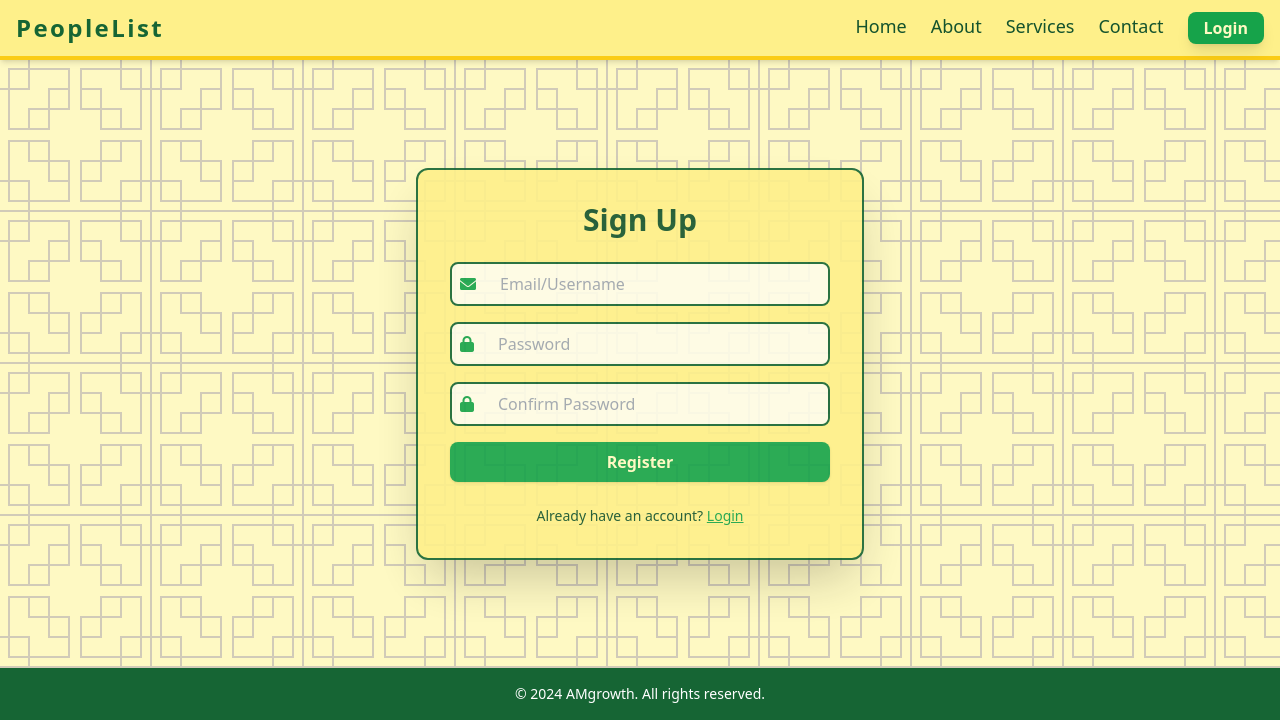
Repository: ArievfRahman-Dev/Mini-Project-II
Page: /regist (app in miniproject2/)
The author's editor kept a copy of each file at every save. The page is drawn from the files as they stood at one save, then again after the next save.
The browser window is 1280 px wide. The pictures show the whole page.
The project was rebuilt for these pictures with package versions that can differ from the ones it lists, and the page was loaded fresh each time. Also part of the build but not shown: miniproject2/vite.config.js, miniproject2/src/pages/HomePage/index.jsx, miniproject2/src/pages/DetailUser/index.jsx, miniproject2/src/pages/LoginPage/index.jsx, miniproject2/src/routes/ProtectedRoute.jsx.

Above is the page before, as saved 2024-12-24 09:49:24.

### miniproject2/index.html
<!DOCTYPE html>
<html lang="en">
  <head>
    <meta charset="UTF-8" />
    <link rel="icon" type="image/svg+xml" href="/vite.svg" />
    <meta name="viewport" content="width=device-width, initial-scale=1.0" />
    <title>Vite + React</title>
    <link
      href="https://cdnjs.cloudflare.com/ajax/libs/font-awesome/6.0.0-beta3/css/all.min.css"
      rel="stylesheet"
    />

    <link
      href="https://fonts.googleapis.com/css2?family=Roboto:wght@400;500;700&display=swap"
      rel="stylesheet"
    />
    <link
      href="https://cdn.jsdelivr.net/npm/remixicon/fonts/remixicon.css"
      rel="stylesheet"
    />
  </head>
  <body>
    <div id="root"></div>
    <script type="module" src="/src/main.jsx"></script>
  </body>
</html>

### miniproject2/src/App.jsx
import { BrowserRouter, Routes, Route } from "react-router-dom";
import { HomePage } from "./pages/HomePage";
import { DetailUser } from "./pages/DetailUser";
import { LoginPage } from "./pages/LoginPage";
import { RegisterPage } from "./pages/RegisterPages";
import { ProtectedRoute } from "./routes/ProtectedRoute";

export const App = () => {
  return (
    <div>
      <BrowserRouter>
        <Routes>
          <Route path="/" element={<HomePage />} />
          <Route
            path="/detail/:id"
            element={
              <ProtectedRoute>
                <DetailUser />
              </ProtectedRoute>
            }
          />
          <Route path="/login" element={<LoginPage />} />
          <Route path="/regist" element={<RegisterPage />} />
        </Routes>
      </BrowserRouter>
    </div>
  );
};

### miniproject2/src/pages/RegisterPages/index.jsx
import axios from "axios";
import { useState } from "react";
import { useNavigate } from "react-router-dom";
import { Navbar } from "../../components/Navbar";
import { Footer } from "../../components/Footer";
import { Link } from "react-router-dom";

export const RegisterPage = () => {
  const [form, setForm] = useState({
    email: "",
    password: "",
  });
  const [error, setError] = useState("");
  const [success, setSuccess] = useState("");
  const [loading, setLoading] = useState(false);

  const navigate = useNavigate();

  const handleChange = (e) => {
    setForm({
      ...form,
      [e.target.name]: e.target.value,
    });
  };

  const handleRegister = async (e) => {
    e.preventDefault();
    setLoading(true);
    try {
      const res = await axios.post("https://reqres.in/api/register", form);
      setError("");
      setSuccess("Registration successful.");
      setTimeout(() => {
        navigate("/login");
      }, 2000);
      console.log(res);
    } catch (error) {
      console.log(error.response);
      setError(error.response.data.error);
    } finally {
      setLoading(false);
    }
  };

  return (
    <div className="flex flex-col min-h-screen bg-yellow-100">
      <Navbar />
      <div className="flex items-center justify-center flex-1 p-4 bg-[url('data:[embedded picture, 899 characters]')] ">
        <div className="w-full max-w-md p-8 bg-yellow-200 border-2 border-green-800 shadow-2xl opacity-90 rounded-xl">
          <h1 className="mb-6 text-3xl font-bold text-center text-green-900 retro-font">
            Sign Up
          </h1>
          <form>
            <div className="mb-4 flex items-center bg-yellow-50 border-2 border-green-800 rounded-lg focus-within:ring-2 focus-within:ring-yellow-400">
              <i className="fas fa-envelope text-green-600 p-2"></i>
              <input
                placeholder="Email/Username"
                type="email"
                name="email"
                onChange={handleChange}
                className="w-full px-4 py-2 text-green-900 bg-yellow-50 rounded-lg focus:outline-none"
              />
            </div>
            <div className="mb-4 flex items-center bg-yellow-50 border-2 border-green-800 rounded-lg focus-within:ring-2 focus-within:ring-yellow-400">
              <i className="fas fa-lock text-green-600 p-2"></i>
              <input
                placeholder="Password"
                type="password"
                name="password"
                onChange={handleChange}
                className="w-full px-4 py-2 text-green-900 bg-yellow-50 rounded-lg focus:outline-none"
              />
            </div>
            <div className="mb-4 flex items-center bg-yellow-50 border-2 border-green-800 rounded-lg focus-within:ring-2 focus-within:ring-yellow-400">
              <i className="fas fa-lock text-green-600 p-2"></i>
              <input
                placeholder="Confirm Password"
                type="password"
                name="confirmPassword"
                onChange={handleChange}
                className="w-full px-4 py-2 text-green-900 bg-yellow-50 rounded-lg focus:outline-none"
              />
            </div>
            {error && <p className="mb-4 text-sm text-red-500">{error}</p>}
            {success && (
              <p className="mb-4 text-sm text-green-500">{success}</p>
            )}
            <button
              disabled={loading}
              onClick={handleRegister}
              className={`w-full px-4 py-2 font-semibold text-yellow-100 rounded-lg shadow retro-font ${
                loading
                  ? "bg-yellow-400 cursor-not-allowed"
                  : "bg-green-600 hover:bg-green-800"
              } focus:outline-none focus:ring-2 focus:ring-green-400 focus:ring-offset-1`}
              type="submit"
            >
              {loading ? "Loading..." : "Register"}
            </button>
          </form>
          <p className="mt-6 text-sm text-center text-green-900">
            Already have an account?{" "}
            <Link
              to={`/login`}
              className="text-green-600 underline hover:text-green-800 retro-font"
            >
              Login
            </Link>
          </p>
        </div>
      </div>
      <Footer />
    </div>
  );
};

### miniproject2/src/components/Navbar/index.jsx
import { Link, useNavigate } from "react-router-dom";
import { useState } from "react";

export const Navbar = () => {
  const navigate = useNavigate();
  const token = localStorage.getItem("access_token");
  const [isMenuOpen, setIsMenuOpen] = useState(false);
  const [activeLink, setActiveLink] = useState("");

  const handleLogout = () => {
    localStorage.clear();
    setTimeout(() => {
      navigate("/login");
    }, 1000);
  };

  const toggleMenu = () => {
    setIsMenuOpen((prevState) => !prevState);
  };

  const closeMenu = () => {
    setIsMenuOpen(false);
  };

  const handleLinkClick = (sectionId) => {
    setActiveLink(sectionId);
    closeMenu();
  };

  return (
    <nav className="sticky top-0 z-50 bg-yellow-200 border-b-4 border-yellow-400 shadow-md">
      <div className="container mx-auto px-4 py-3 flex justify-between items-center">
        <Link
          to="/"
          className="text-2xl font-bold text-green-800 retro-font tracking-widest"
        >
          PeopleList
        </Link>

        <div className="hidden md:flex space-x-6">
          <Link
            to="/"
            className={`text-green-900 hover:text-yellow-700 font-medium text-lg ${
              activeLink === "home" ? "text-yellow-700" : ""
            }`}
            onClick={() => handleLinkClick("home")}
          >
            Home
          </Link>
          <Link
            to="/"
            className={`text-green-900 hover:text-yellow-700 font-medium text-lg ${
              activeLink === "about" ? "text-yellow-700" : ""
            }`}
            onClick={() => handleLinkClick("about")}
          >
            About
          </Link>
          <Link
            to="/"
            className={`text-green-900 hover:text-yellow-700 font-medium text-lg ${
              activeLink === "services" ? "text-yellow-700" : ""
            }`}
            onClick={() => handleLinkClick("services")}
          >
            Services
          </Link>
          <Link
            to="/"
            className={`text-green-900 hover:text-yellow-700 font-medium text-lg ${
              activeLink === "contact" ? "text-yellow-700" : ""
            }`}
            onClick={() => handleLinkClick("contact")}
          >
            Contact
          </Link>
          {token ? (
            <button
              className="px-4 py-1 font-semibold text-yellow-100 transition-colors bg-gray-500 rounded-lg hover:bg-gray-600 retro-font shadow-lg"
              onClick={handleLogout}
            >
              Logout
            </button>
          ) : (
            <Link
              to="/login"
              className="px-4 py-1 font-semibold text-yellow-100 transition-colors bg-green-600 rounded-lg hover:bg-green-800 retro-font shadow-lg"
            >
              Login
            </Link>
          )}
        </div>
        <div className="md:hidden" onClick={toggleMenu}>
          <i className={isMenuOpen ? "ri-close-line" : "ri-menu-line"}></i>
        </div>
      </div>
      {isMenuOpen && (
        <div className="md:hidden flex flex-row justify-between mx-4 items-center py-3 bg-yellow-200">
          <Link
            to="/"
            className={`text-green-900 hover:text-yellow-700 font-medium text-lg py-2 ${
              activeLink === "home" ? "text-yellow-700" : ""
            }`}
            onClick={() => handleLinkClick("home")}
          >
            Home
          </Link>
          <Link
            to="/"
            className={`text-green-900 hover:text-yellow-700 font-medium text-lg py-2 ${
              activeLink === "about" ? "text-yellow-700" : ""
            }`}
            onClick={() => handleLinkClick("about")}
          >
            About
          </Link>
          <Link
            to="/"
            className={`text-green-900 hover:text-yellow-700 font-medium text-lg py-2 ${
              activeLink === "services" ? "text-yellow-700" : ""
            }`}
            onClick={() => handleLinkClick("services")}
          >
            Services
          </Link>
          <Link
            to="/"
            className={`text-green-900 hover:text-yellow-700 font-medium text-lg py-2 ${
              activeLink === "contact" ? "text-yellow-700" : ""
            }`}
            onClick={() => handleLinkClick("contact")}
          >
            Contact
          </Link>
          {token ? (
            <button
              className="px-4 py-2 font-semibold text-yellow-100 bg-gray-500 rounded-lg hover:bg-gray-600 retro-font shadow-lg mt-2"
              onClick={handleLogout}
            >
              Logout
            </button>
          ) : (
            <Link
              to="/login"
              className="px-4 py-2 font-semibold text-yellow-100 bg-green-600 rounded-lg hover:bg-green-800 retro-font shadow-lg mt-2"
              onClick={closeMenu}
            >
              Login
            </Link>
          )}
        </div>
      )}
    </nav>
  );
};

### miniproject2/src/components/Footer/index.jsx
export const Footer = () => {
  return (
    <div className="bg-green-800 text-white py-4">
      <div className="container mx-auto text-center">
        <p className="text-sm">
          &copy; {new Date().getFullYear()} AMgrowth. All rights reserved.
        </p>
      </div>
    </div>
  );
};

Loaded but not shown: miniproject2/src/main.jsx (common file); miniproject2/src/index.css (common file); miniproject2/tailwind.config.js (common file)

After the next save:
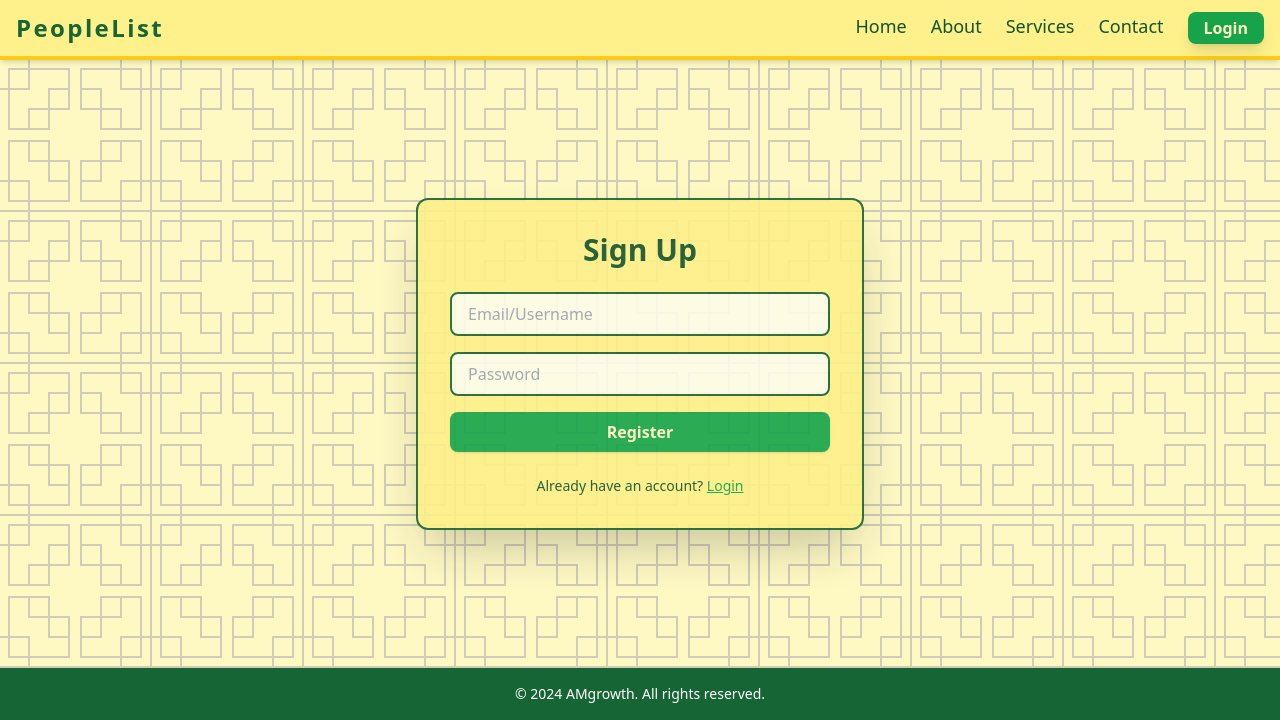
Saved 45 s later.
--- a/miniproject2/src/pages/RegisterPages/index.jsx
+++ b/miniproject2/src/pages/RegisterPages/index.jsx
@@ -46,39 +46,27 @@ export const RegisterPage = () => {
     <div className="flex flex-col min-h-screen bg-yellow-100">
       <Navbar />
       <div className="flex items-center justify-center flex-1 p-4 bg-[url('data:[embedded picture, 899 characters]')] ">
-        <div className="w-full max-w-md p-8 bg-yellow-200 border-2 border-green-800 shadow-2xl opacity-90 rounded-xl">
+        <div className="w-full max-w-md p-8 bg-yellow-200 border-2 border-green-800 shadow-2xl opacity-90  rounded-xl ">
           <h1 className="mb-6 text-3xl font-bold text-center text-green-900 retro-font">
             Sign Up
           </h1>
           <form>
-            <div className="mb-4 flex items-center bg-yellow-50 border-2 border-green-800 rounded-lg focus-within:ring-2 focus-within:ring-yellow-400">
-              <i className="fas fa-envelope text-green-600 p-2"></i>
+            <div className="mb-4">
               <input
                 placeholder="Email/Username"
                 type="email"
                 name="email"
                 onChange={handleChange}
-                className="w-full px-4 py-2 text-green-900 bg-yellow-50 rounded-lg focus:outline-none"
+                className="w-full px-4 py-2 text-green-900 border-2 border-green-800 rounded-lg focus:outline-none focus:ring-2 focus:ring-yellow-400 bg-yellow-50"
               />
             </div>
-            <div className="mb-4 flex items-center bg-yellow-50 border-2 border-green-800 rounded-lg focus-within:ring-2 focus-within:ring-yellow-400">
-              <i className="fas fa-lock text-green-600 p-2"></i>
+            <div className="mb-4">
               <input
                 placeholder="Password"
                 type="password"
                 name="password"
                 onChange={handleChange}
-                className="w-full px-4 py-2 text-green-900 bg-yellow-50 rounded-lg focus:outline-none"
-              />
-            </div>
-            <div className="mb-4 flex items-center bg-yellow-50 border-2 border-green-800 rounded-lg focus-within:ring-2 focus-within:ring-yellow-400">
-              <i className="fas fa-lock text-green-600 p-2"></i>
-              <input
-                placeholder="Confirm Password"
-                type="password"
-                name="confirmPassword"
-                onChange={handleChange}
-                className="w-full px-4 py-2 text-green-900 bg-yellow-50 rounded-lg focus:outline-none"
+                className="w-full px-4 py-2 text-green-900 border-2 border-green-800 rounded-lg focus:outline-none focus:ring-2 focus:ring-yellow-400 bg-yellow-50"
               />
             </div>
             {error && <p className="mb-4 text-sm text-red-500">{error}</p>}
